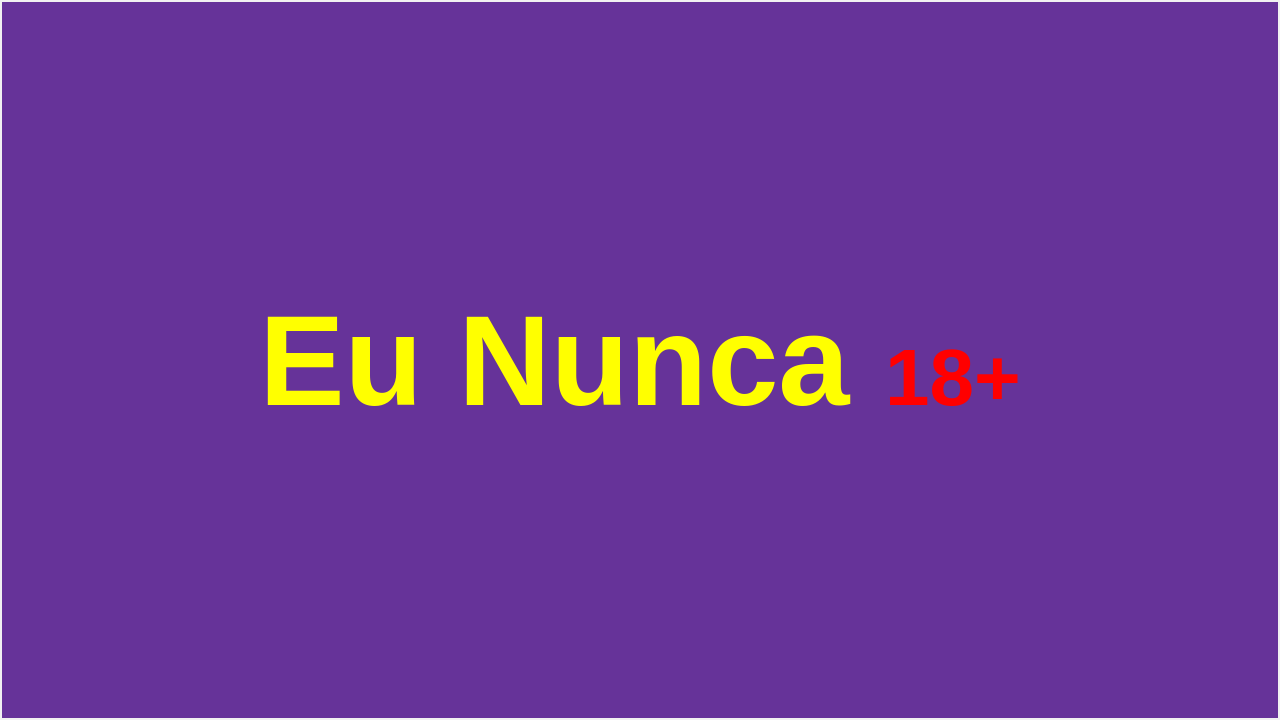
Repository: odiloalmeida/inever
Page: index.html
An editor plug-in stored every save of this project. The page is shown before and after the next save, followed by the edit.
The browser window is 1280 px wide. The pictures show the whole page.

Above is the page before, as saved 2023-01-31 20:13:19.

After the next save:
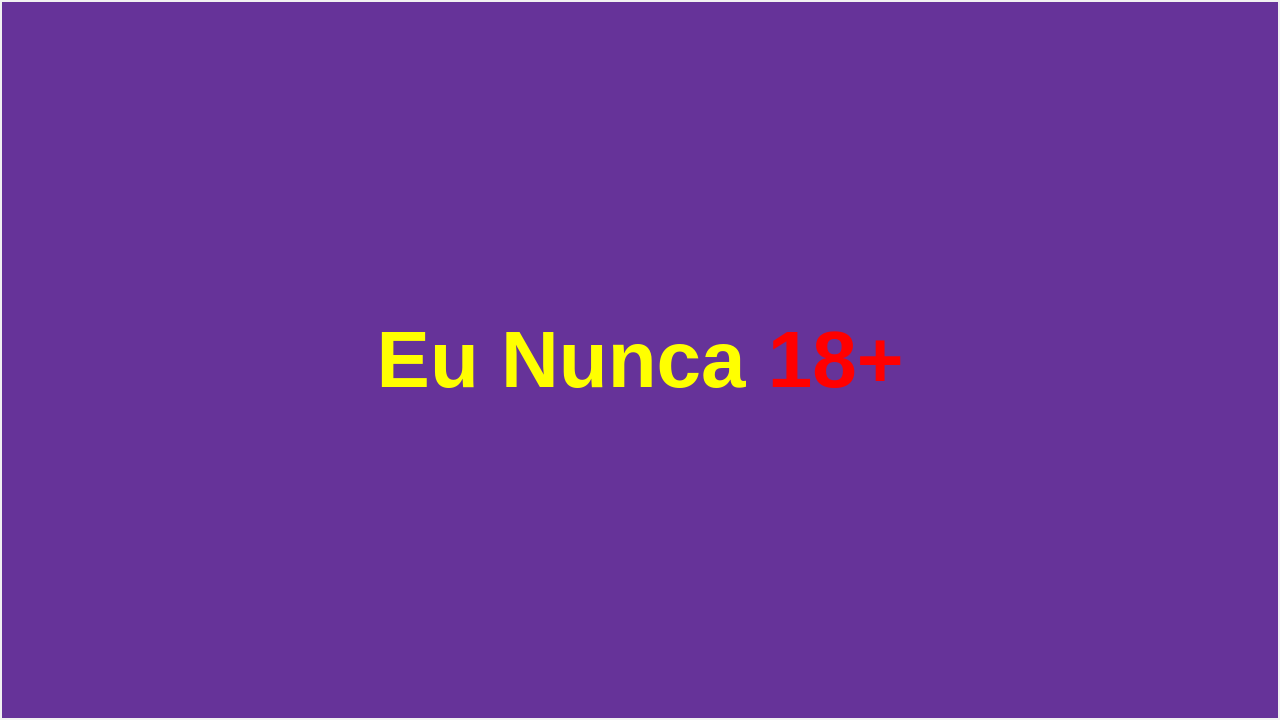
Saved 34 s later.
--- a/style.css
+++ b/style.css
@@ -32,5 +32,5 @@ button span {
 
 button span2 {
     color: yellow;
-    font-size: 8rem;
+    font-size: 5rem;
 }
